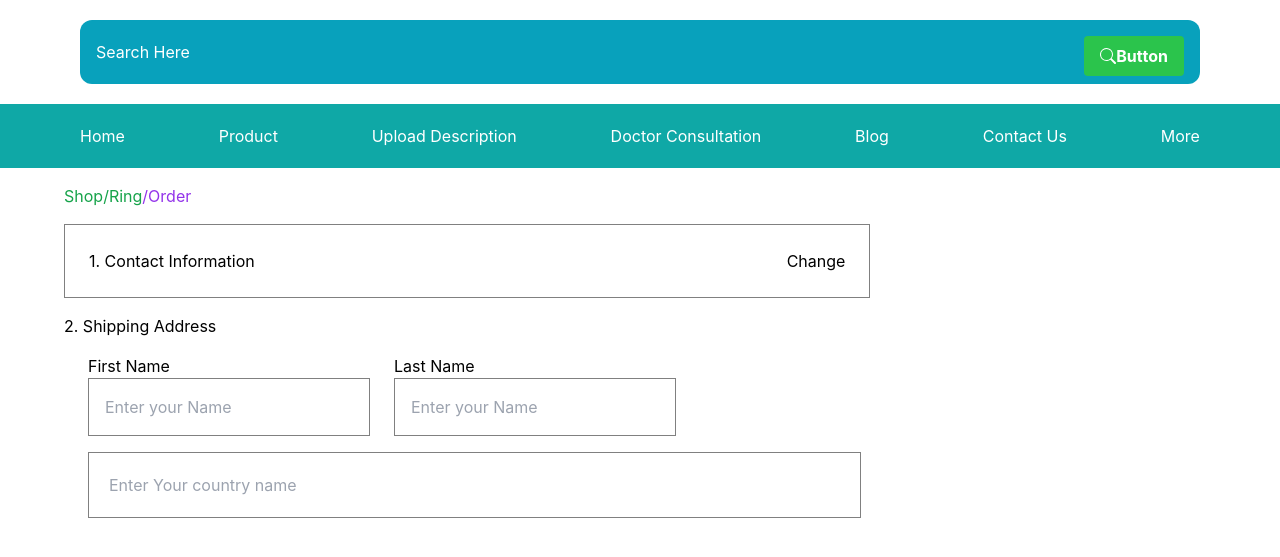
Repository: arafatmollah/form-pharma
Page: /
The author's editor kept a copy of each file at every save. The page is drawn from the files as they stood at one save, then again after a run of saves.
The browser window is 1280 px wide. The pictures show the whole page.
The project was rebuilt for these pictures with package versions that can differ from the ones it lists, and the page was loaded fresh each time.

Above is the page before, as saved 2023-03-14 23:54:30.

After the next 2 saves:
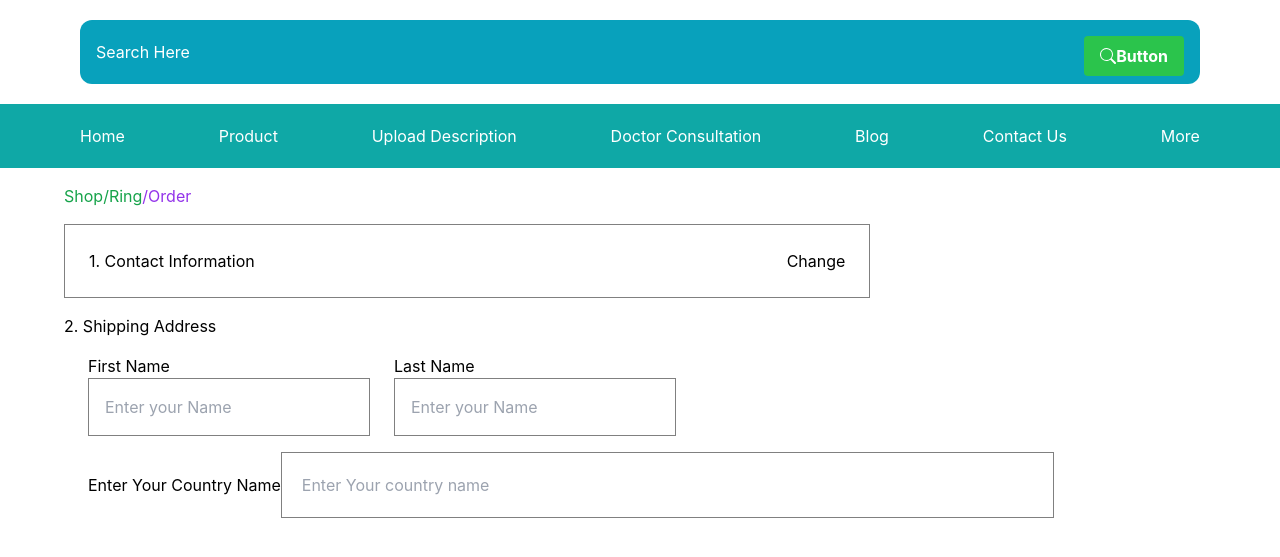
The 2 saves are shown as one change because they came seconds apart.
The last was saved 11 s later.
--- a/src/Form.js
+++ b/src/Form.js
@@ -28,7 +28,7 @@ function form() {
                 </div>
                </div>
                <div className='my-4 mx-6'>
-                <label></label>
+                <label>Enter Your Country Name</label>
                 <input className='an input p-5' type='text' placeholder='Enter Your country name'></input>
                </div>
               </form>
